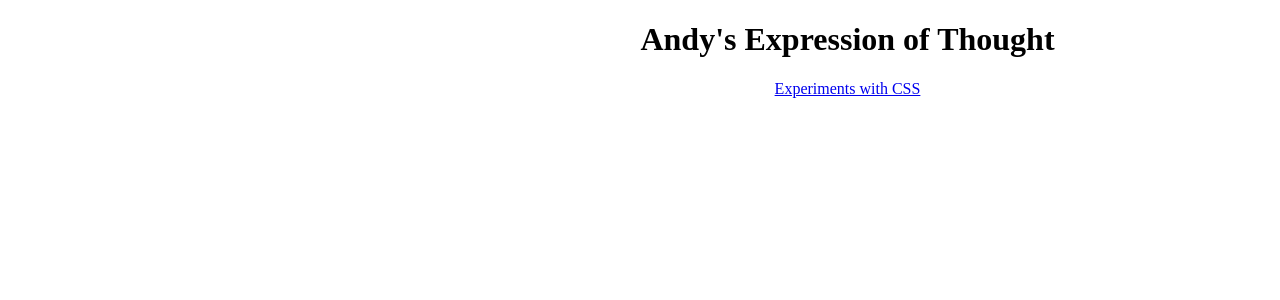
Repository: jasonagus/jasonagus.github.io
Page: index.html
The author's editor kept a record of every edit. The page is drawn from the files as they stood at one moment, then again after the next edit.
The browser window is 1280 px wide. The pictures show the whole page.

Above is the page before.

After the next edit:
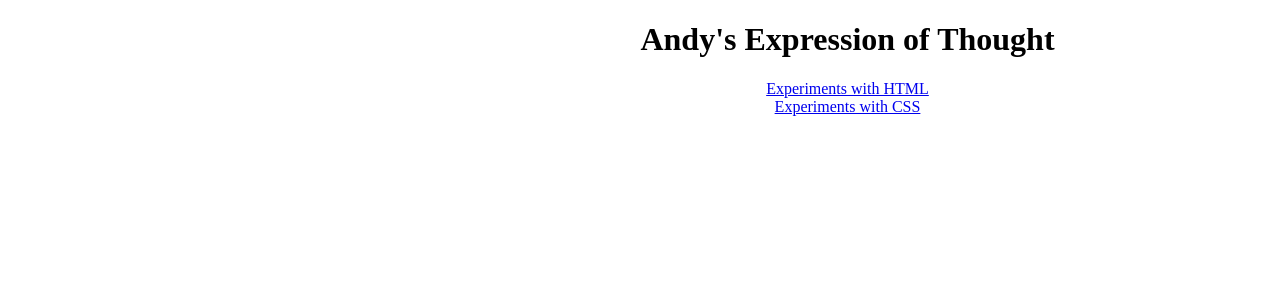
The edit:
--- a/index.html
+++ b/index.html
@@ -8,7 +8,10 @@
 <body>
 <div class="content">
 <h1>Andy's Expression of Thought</h1>
+<a href ="htmlexperiments/page1.html">Experiments with HTML</a>
+<br>
 <a href ="cssexperiments/composition1">Experiments with CSS</a>
+
 </div>
 
 </body>
